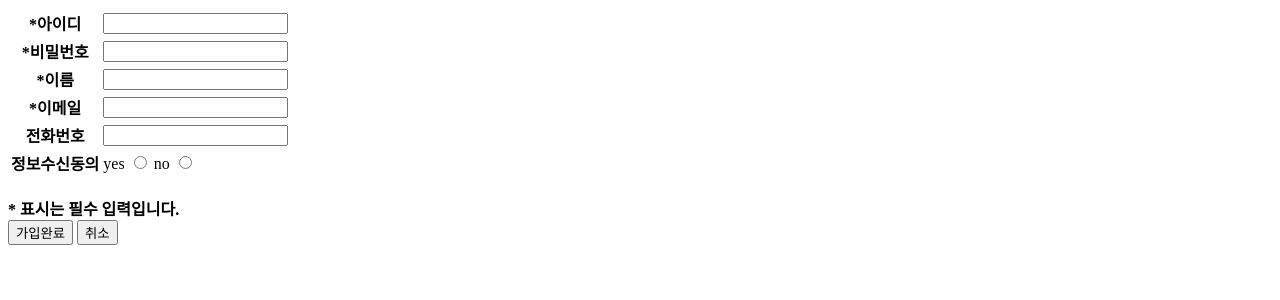
Repository: amoled4/ezen_jsp_project4
Page: http://localhost/jsp_exam/member/join.jsp
The author's editor kept a copy of each file at every save. The page is drawn from the files as they stood at one save, then again after the next save.
The browser window is 1280 px wide. The pictures show the whole page.
The page is served by Tomcat 9. Other server files are loaded and not shown.

Above is the page before, as saved 2023-05-30 07:19:36.

### jsp_exam/src/main/webapp/member/join.jsp
<%@ page language="java" contentType="text/html; charset=UTF-8"
	pageEncoding="UTF-8"%>
<!DOCTYPE html>
<html>
<head>
<meta charset="UTF-8">
<title>회원가입</title>
</head>
<body>
	<form action="/mem/joinus" method="post">
		<table>
			<tr>
				<th>*아이디</th>
				<td><input type="text" name="id"></td>
			</tr>
			<tr>
				<th>*비밀번호</th>
				<td><input type="text" name="pw"></td>
			</tr>
			<tr>
				<th>*이름</th>
				<td><input type="text" name="name"></td>
			</tr>
			<tr>
				<th>*이메일</th>
				<td><input type="email" name="email"></td>
			</tr>
			<tr>
				<th>전화번호</th>
				<td><input type="text" name="phone"></td>
			</tr>
			<tr>
				<th>정보수신동의</th>
				<td>
					<label for="yes"> yes
						<input type="radio" name="event" value="1">
					</label>
					<label for="no"> no
						<input type="radio" name="event" value="0">
					</label>
				</td>
			</tr>
		</table>
		<br> <strong>* 표시는 필수 입력입니다.</strong> <br>
		<button type="submit">가입완료</button>
		<a href="/"><button type="button">취소</button></a>
	</form>
</body>
</html>

After the next save:
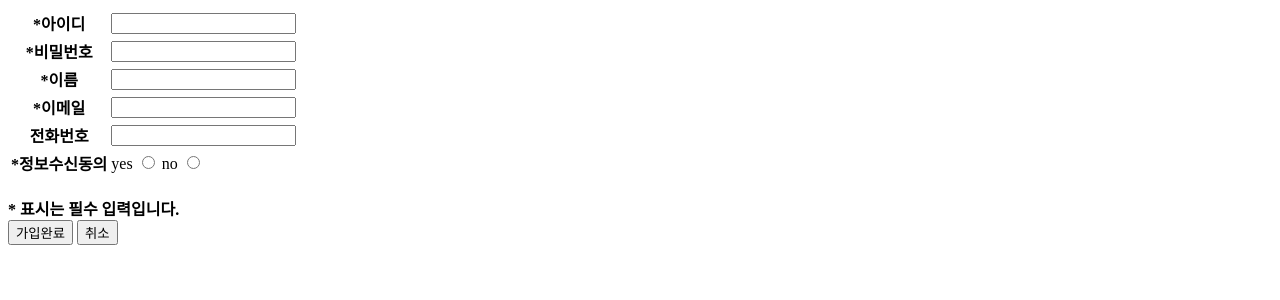
Saved 3 min 56 s later.
--- a/jsp_exam/src/main/webapp/member/join.jsp
+++ b/jsp_exam/src/main/webapp/member/join.jsp
@@ -30,7 +30,7 @@
 				<td><input type="text" name="phone"></td>
 			</tr>
 			<tr>
-				<th>정보수신동의</th>
+				<th>*정보수신동의</th>
 				<td>
 					<label for="yes"> yes
 						<input type="radio" name="event" value="1">
